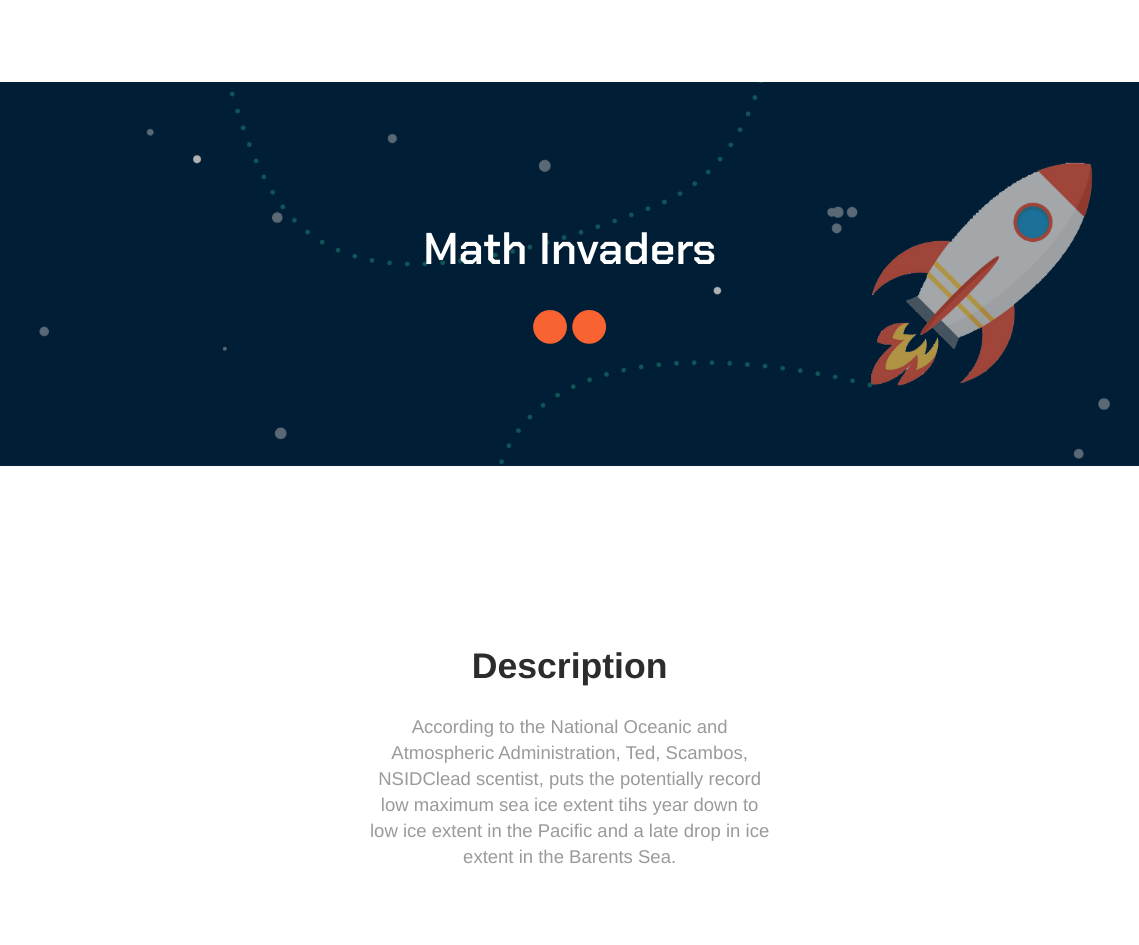
Repository: kkyler24/MathInvader
Page: index.html
The author's editor kept a copy of each file at every save. The page is drawn from the files as they stood at one save, then again after the next save.
The browser window is 1280 px wide. The pictures show the whole page, at 89% of full size.
Some web libraries are served in a nearby version.

Above is the page before, as saved 2020-07-19 18:00:20.

After the next save:
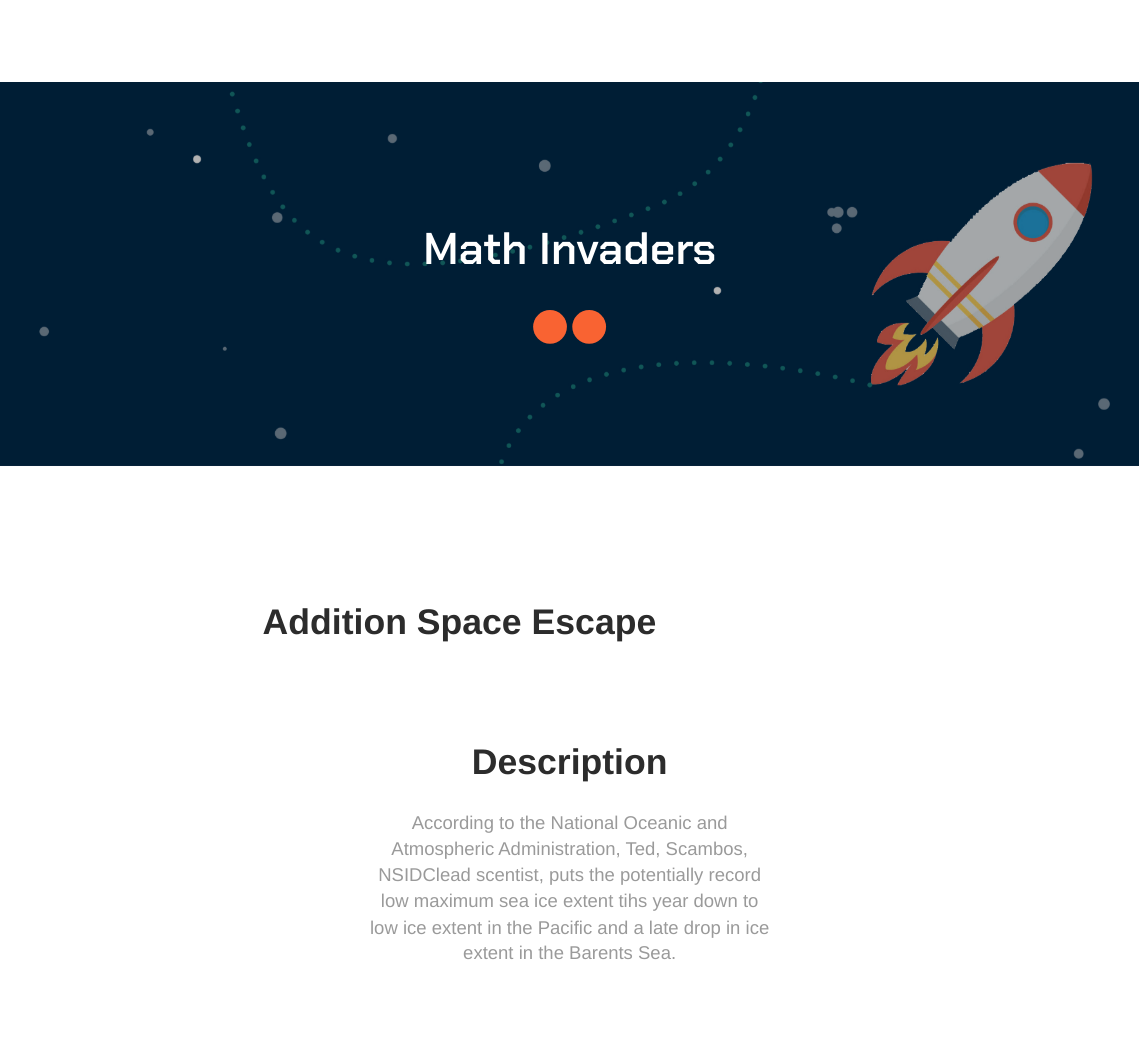
Saved 4 min 46 s later.
--- a/index.html
+++ b/index.html
@@ -86,9 +86,8 @@
       <div class="section section-about-us">
         <div class="container">
           <div class="section-story-overview">
-
+            <h2 class="title">Addition Space Escape</h2>
           </div>
-
             <div class="separator separator-primary"></div>
             <div class="row">
                 <div class="col-md-8 ml-auto mr-auto text-center">
